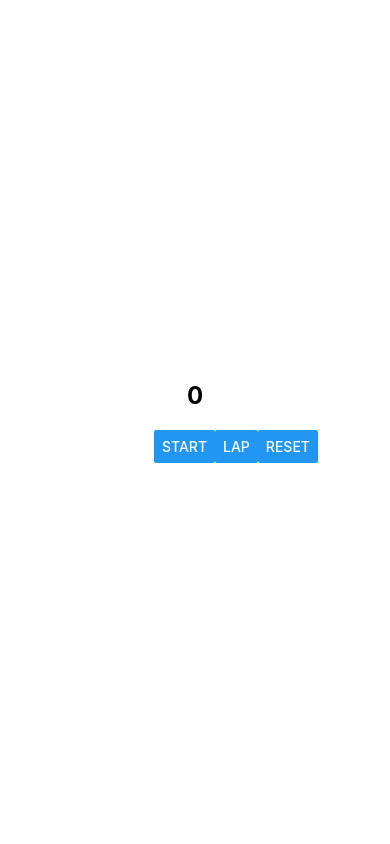
Repository: Shopify/eng-intern-assessment-react-native
Screen: /
The author's editor kept a copy of each file at every save. The screen is drawn from the files as they stood at one save, then again after the next save.
The app was drawn by React Native's web renderer in a window 390 px wide. The project was rebuilt for these pictures with package versions that can differ from the ones it lists, and the page was loaded fresh each time.

Above is the screen before, as saved 2024-01-13 12:06:15.

After the next save:
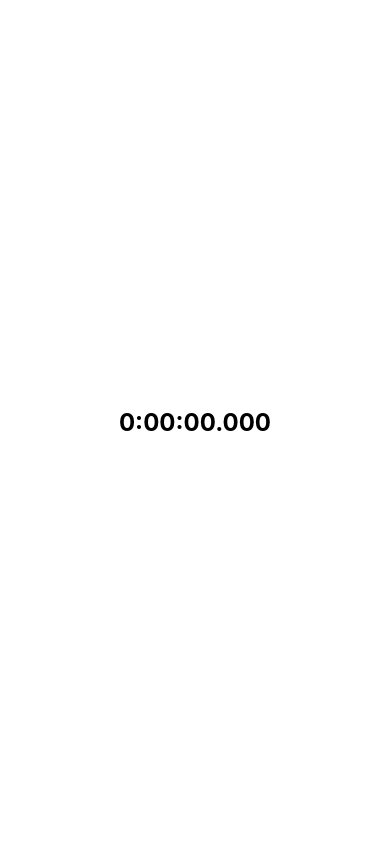
Saved 19 s later.
--- a/src/StopWatch.tsx
+++ b/src/StopWatch.tsx
@@ -42,15 +42,11 @@ const StopWatch = () => {
 
   return (
     <View style={styles.container}>
-      <Text style={styles.timerText}>{`${timeElapsed}`}</Text>
+      <Text style={styles.timerText}>{formatTime(timeElapsed)}</Text>
       {laps.map((lap, index) => (
-        <Text key={index} style={styles.lapText}>{`Lap ${index + 1}: ${lap}s`}</Text>
+        <Text key={index} style={styles.lapText}>{`Lap ${index + 1}: ${formatTime(lap)}`}</Text>
       ))}
-      <View style={styles.buttonContainer}>
-        <StopWatchButton title={isRunning ? "Stop" : "Start"} onPress={handleStartStop} />
-        <StopWatchButton title="Lap" onPress={handleLap} />
-        <StopWatchButton title="Reset" onPress={handleReset} />
-      </View>
+      {/* ... [Buttons layout code] */}
     </View>
   );
 };
